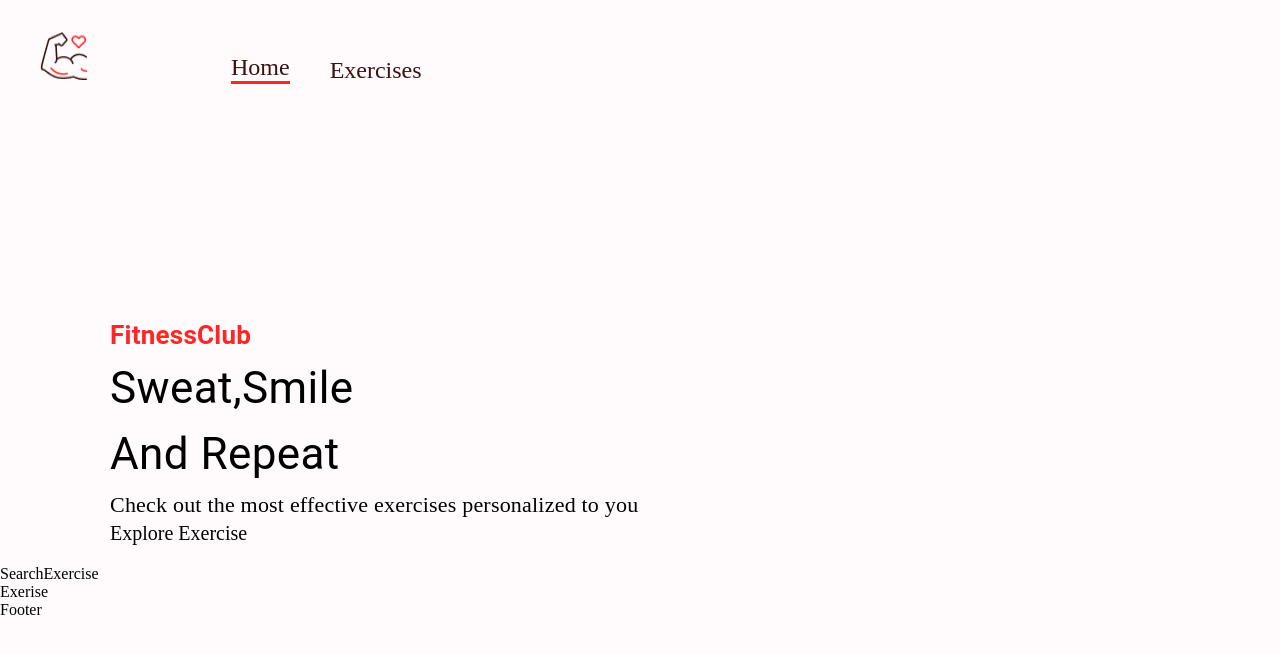
Repository: OmniaRafat232111121/Fitness
Page: /
These files come from the project's save history. The page is drawn as it stood at one moment and after a run of saves; the edit follows.
The browser window is 1280 px wide. The pictures show the whole page.
The project was rebuilt for these pictures with package versions that can differ from the ones it lists, and the page was loaded fresh each time. Also part of the build but not shown: src/Pags/ExerciseDetail.js.

Above is the page before, as saved 2022-07-14 00:42:43.

After the next 2 saves:
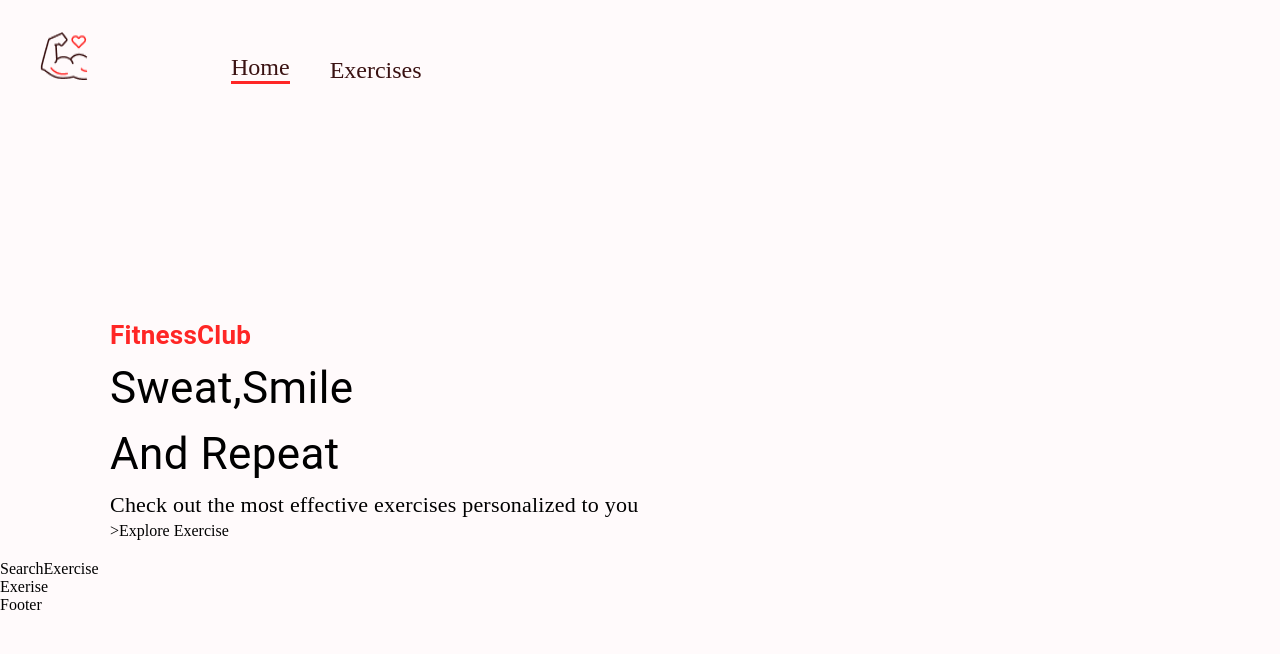
The 2 saves are shown as one change because they came seconds apart.
The last was saved 17 s later.
--- a/src/components/HeroBanner.js
+++ b/src/components/HeroBanner.js
@@ -14,7 +14,7 @@ const HeroBanner = () => {
    </Typography>
 
    <Stack>
-   <a style={{backgroundcolor:"#FF2625", fontWeight:"600px",fontSize:'20px'}} sx={{opacity:'0.1',display:{lg:'block',xs:'none'}}}>Explore Exercise</a>
+   <a fontWeight={600} color="#FF2625" sx={{ opacity: '0.1', display: { lg: 'block', xs: 'none' }, fontSize: '200px' }}>>Explore Exercise</a>
    </Stack>
    </Box>
   )
